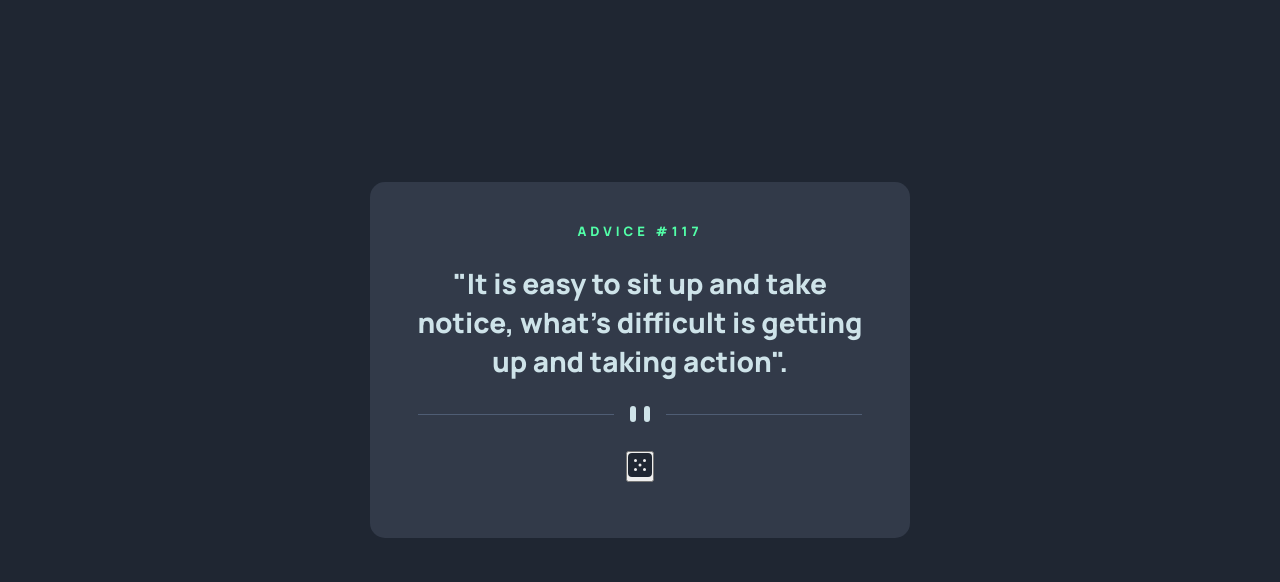
Repository: Daki-builds/advice-generator-app
Page: index.html
The author's editor kept a copy of each file at every save. The page is drawn from the files as they stood at one save, then again after the next save.
The browser window is 1280 px wide. The pictures show the whole page.

Above is the page before, as saved 2026-10-08 19:35:20.

After the next save:
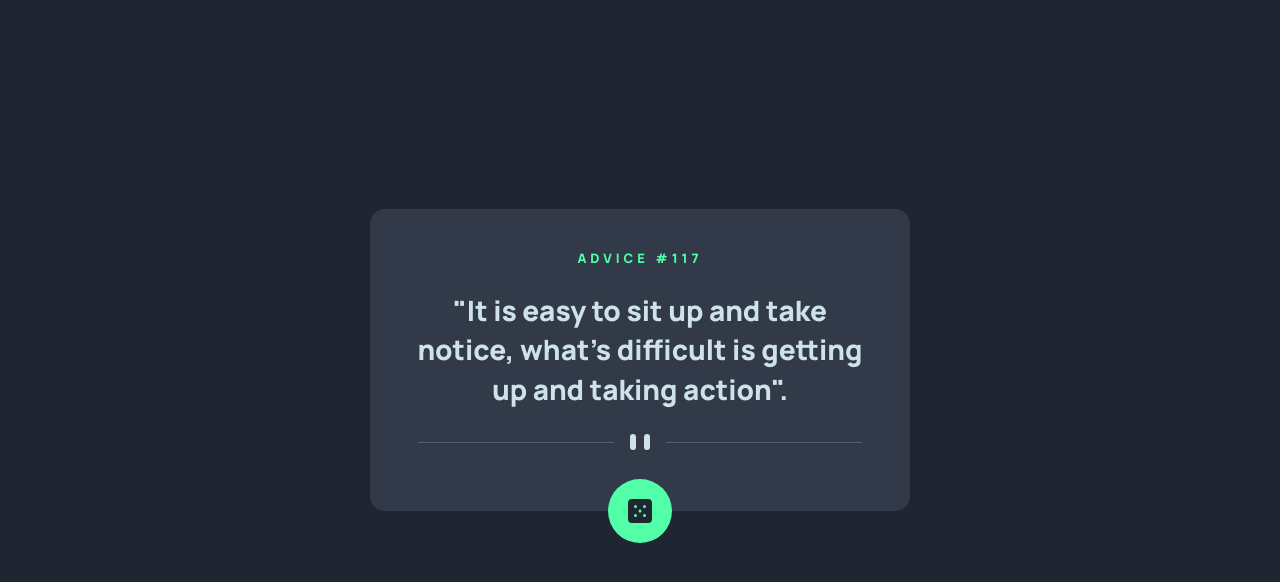
Saved 4 min 41 s later.
--- a/style.css
+++ b/style.css
@@ -61,4 +61,30 @@ p {
 }
 
 button {
+  position: absolute;
+  bottom: -32px;
+  left: 50%;
+  transform: translateX(-50%);
+
+  display: flex;
+  justify-content: center;
+  align-items: center;
+
+  width: 64px;
+  height: 64px;
+  border: none;
+  border-radius: 50%;
+  background-color: var(--green-300);
+  cursor: pointer;
+  transition: box-shadow 0.2s;
 }
+
+button:hover,
+button:focus-visible {
+  box-shadow: 0 0 30px var(--green-300);
+}
+
+button:disabled {
+  opacity: 0.6;
+  cursor: not-allowed;
+}
